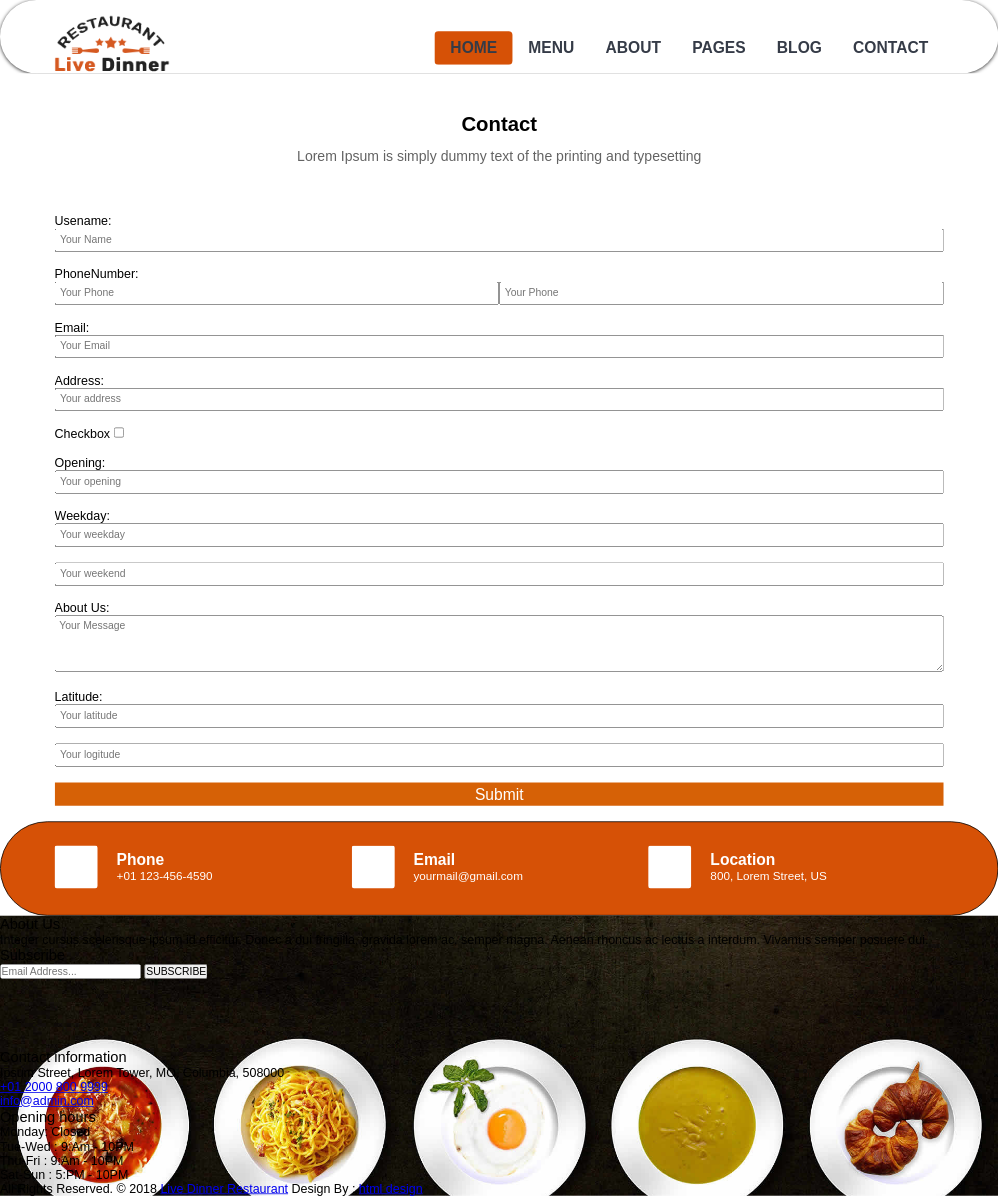
Repository: Hoa7604/kist_Java
Page: http://localhost/jdbc1/contact/list
These files come from the project's save history. The page is drawn as it stood at one moment and after the next save; the edit follows.
The browser window is 1280 px wide. The pictures show the whole page, at 78% of full size.
The page is served by Tomcat 9. Queries for data that is not in the repository find no rows.

Above is the page before, as saved 2020-08-14 09:00:20.

After the next save:
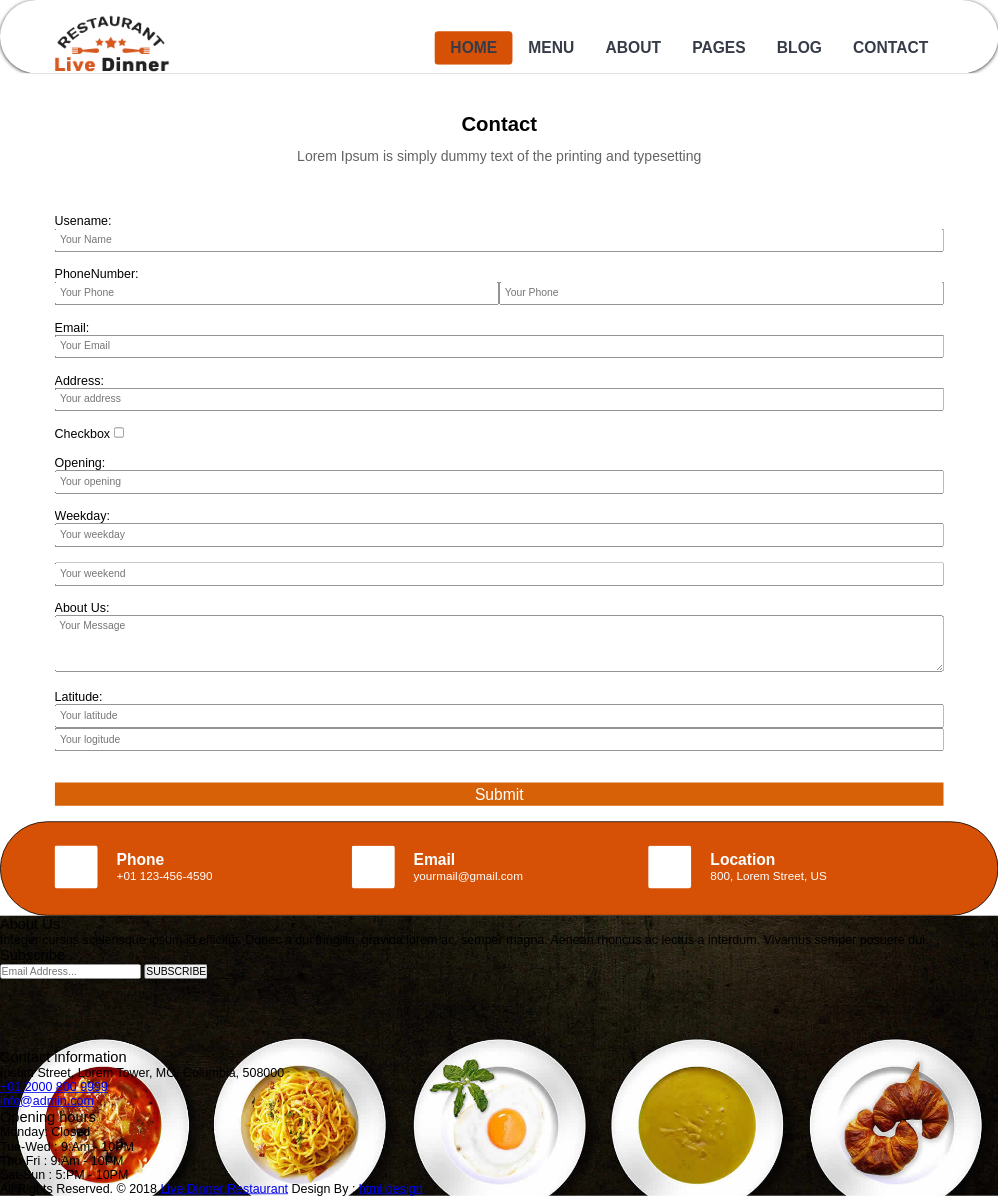
Saved 107 s later.
--- a/pho/jdbc1/WebContent/WEB-INF/views/contact.jsp
+++ b/pho/jdbc1/WebContent/WEB-INF/views/contact.jsp
@@ -176,12 +176,13 @@
 								<div class="box latitude-box">
 									Latitude:
 									<input type="text" placeholder="Your latitude" id="latitude" name="latitude" required data-error="Please enter your latitude">
+									<input type="text" placeholder="Your logitude" id="logitude" name="logitude" required data-error="Please enter your logitude">
 									<div ></div>
 								</div>
 							</div>
 							<div class="wrap  wrap-logitude">
 								<div class="box logitude-box">
-									<input type="text" placeholder="Your logitude" id="logitude" name="logitude" required data-error="Please enter your logitude">
+
 									<div ></div>
 								</div>
 							</div>
